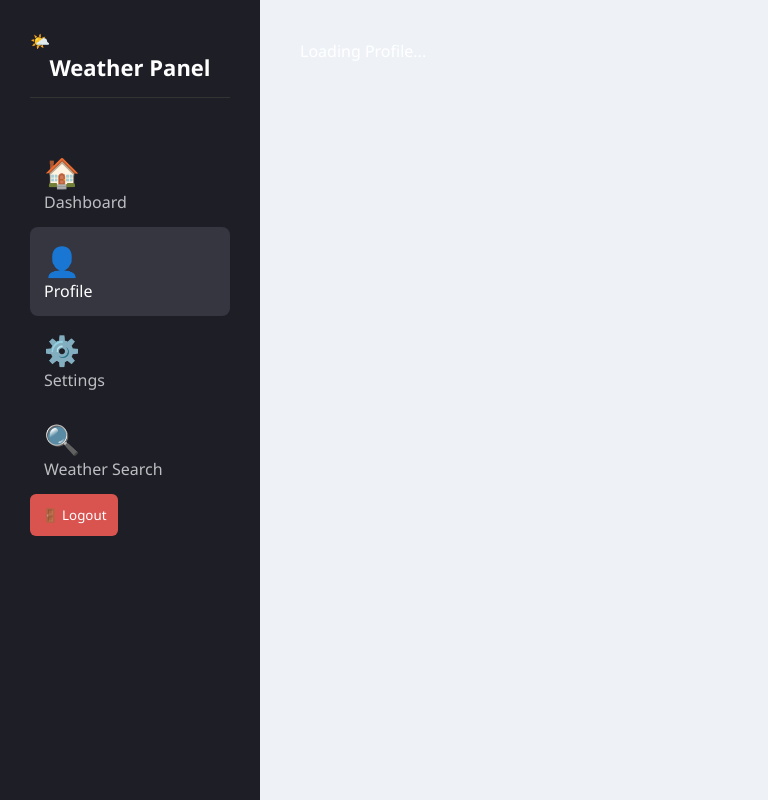
Repository: aftab6363/weather-app
Page: /dashboard/profile
An editor plug-in stored every save of this project. The page is shown before and after the next save, followed by the edit.
The browser window is 768 px wide. The pictures show the whole page.
The project was rebuilt for these pictures with package versions that can differ from the ones it lists, and the page was loaded fresh each time. The framework's server and built-in components were replaced by stand-ins that run in the browser. Also part of the build but not shown: next.config.js, vite.config.js, src/Components/Navbar.jsx, src/Components/Footer.jsx.

Above is the page before, as saved 2025-11-06 19:46:22.

After the next save:
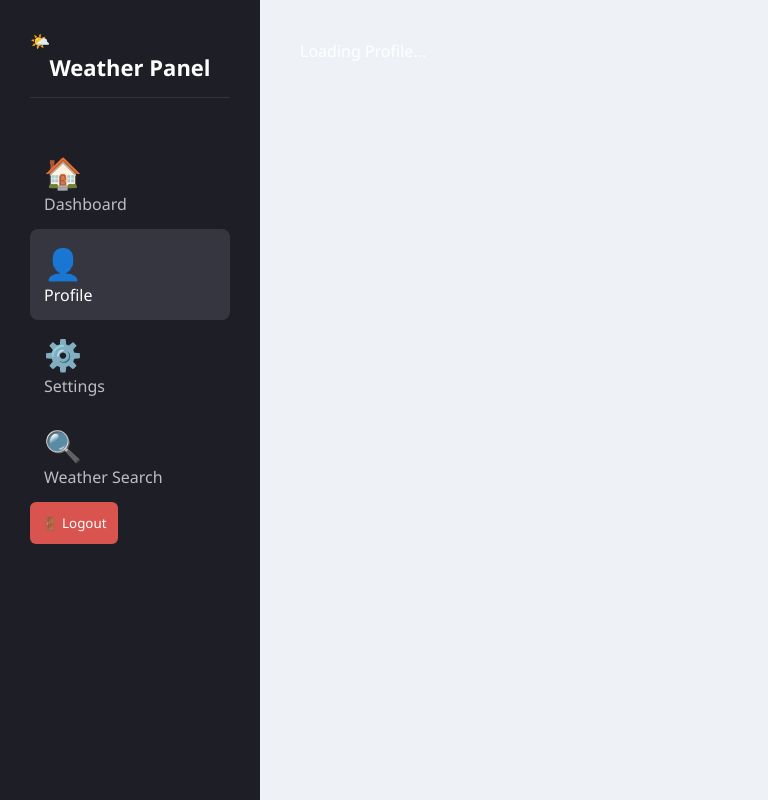
Saved 2 min 58 s later.
--- a/src/styles/navbar.css
+++ b/src/styles/navbar.css
@@ -4,34 +4,40 @@
   top: 0;
   width: 100%;
   height: 70px;
-  background: linear-gradient(90deg, #5d76ff, #4ca1ff);
+  background: rgba(93, 118, 255, 0.9);
   color: white;
   display: flex;
   align-items: center;
   justify-content: space-between;
   padding: 0 2.4rem;
-  box-shadow: 0 4px 12px rgba(0,0,0,0.15);
+  box-shadow: 0 8px 20px rgba(0,0,0,0.2);
   -webkit-backdrop-filter: blur(8px);
-  backdrop-filter: blur(8px);
+  backdrop-filter: blur(12px);
   z-index: 999;
+  transition: all 0.3s ease;
 }
 
-/* Logo */
+/* ===== LOGO ===== */
 .navbar .logo {
   display: flex;
   align-items: center;
-  gap: .6rem;
-  font-size: 1.7rem;
-  font-weight: 600;
+  gap: 0.6rem;
+  font-size: 1.8rem;
+  font-weight: 700;
   color: #fff;
 }
 
 .navbar .logo i {
-  font-size: 1.9rem;
+  font-size: 2rem;
   color: #ffd500;
+  transition: transform 0.3s ease;
 }
 
-/* Navigation Links */
+.navbar .logo i:hover {
+  transform: rotate(20deg);
+}
+
+/* ===== NAVIGATION LINKS ===== */
 .nav-links {
   display: flex;
   align-items: center;
@@ -42,66 +48,75 @@
   color: #f8fafc;
   text-decoration: none;
   font-weight: 500;
+  position: relative;
+  padding: 5px 0;
   transition: 0.3s ease;
+}
+
+.nav-links a::after {
+  content: '';
+  position: absolute;
+  left: 0;
+  bottom: -3px;
+  width: 0%;
+  height: 2px;
+  background: #ffe88c;
+  transition: width 0.3s ease;
+}
+
+.nav-links a:hover::after {
+  width: 100%;
 }
 
 .nav-links a:hover {
   color: #ffe88c;
-  transform: translateY(-1px);
+  transform: translateY(-2px);
 }
 
-/* ===== BUTTON STYLE (Same for Register & Login) ===== */
+/* ===== BUTTONS ===== */
 .nav-btn {
-  padding: 8px 18px;
-  border-radius: 8px;
+  padding: 10px 22px;
+  border-radius: 12px;
   border: none;
-  font-size: 15px;
+  font-size: 16px;
   font-weight: 600;
   cursor: pointer;
   text-decoration: none;
-  transition: 0.3s ease;
+  transition: all 0.3s ease;
+  box-shadow: 0 4px 12px rgba(0,0,0,0.15);
 }
 
-   .register-btn {
-    width: 100%;
-    padding: 12px;
-    background: #2e0ab1;
-    color: white;
-    border: none;
-    cursor: pointer;
-    border-radius: 8px;
-    font-size: 16px;
-    transition: 0.3s;
-  }
+.register-btn {
+  background: linear-gradient(90deg, #6c63ff, #4ca1ff);
+  color: #fff;
+}
 
-  .register-btn:hover {
-    background: #0a80ce;
-  } */
+.register-btn:hover {
+  background: linear-gradient(90deg, #4ca1ff, #6c63ff);
+  transform: translateY(-2px);
+}
 
+.login-btn {
+  background: linear-gradient(90deg, #ff5f6d, #ffc371);
+  color: #fff;
+}
 
-/* Button */
-   .login-btn {
-    width: 100%;
-    padding: 12px;
-    background: #2e0ab1;
-    color: white;
-    border: none;
-    cursor: pointer;
-    border-radius: 8px;
-    font-size: 16px;
-    transition: 0.3s;
-  }
-
-  .login-btn:hover {
-    background: #0a80ce;
-  }
+.login-btn:hover {
+  background: linear-gradient(90deg, #ffc371, #ff5f6d);
+  transform: translateY(-2px);
+}
 
 /* ===== MOBILE ===== */
 .menu-icon {
   display: none;
-  font-size: 1.8rem;
+  font-size: 1.9rem;
   cursor: pointer;
   color: white;
+  transition: transform 0.3s ease;
+}
+
+.menu-icon:hover {
+  transform: scale(1.2);
 }
 
 @media (max-width: 850px) {
@@ -118,9 +133,17 @@
     background: rgba(45, 98, 255, 0.95);
     padding: 1.4rem 0;
     display: none;
+    gap: 1.5rem;
+    transition: all 0.3s ease;
   }
 
   .nav-links.open {
     display: flex;
   }
+
+  .nav-links a, .nav-btn {
+    width: 80%;
+    margin: 0 auto;
+    text-align: center;
+  }
 }
